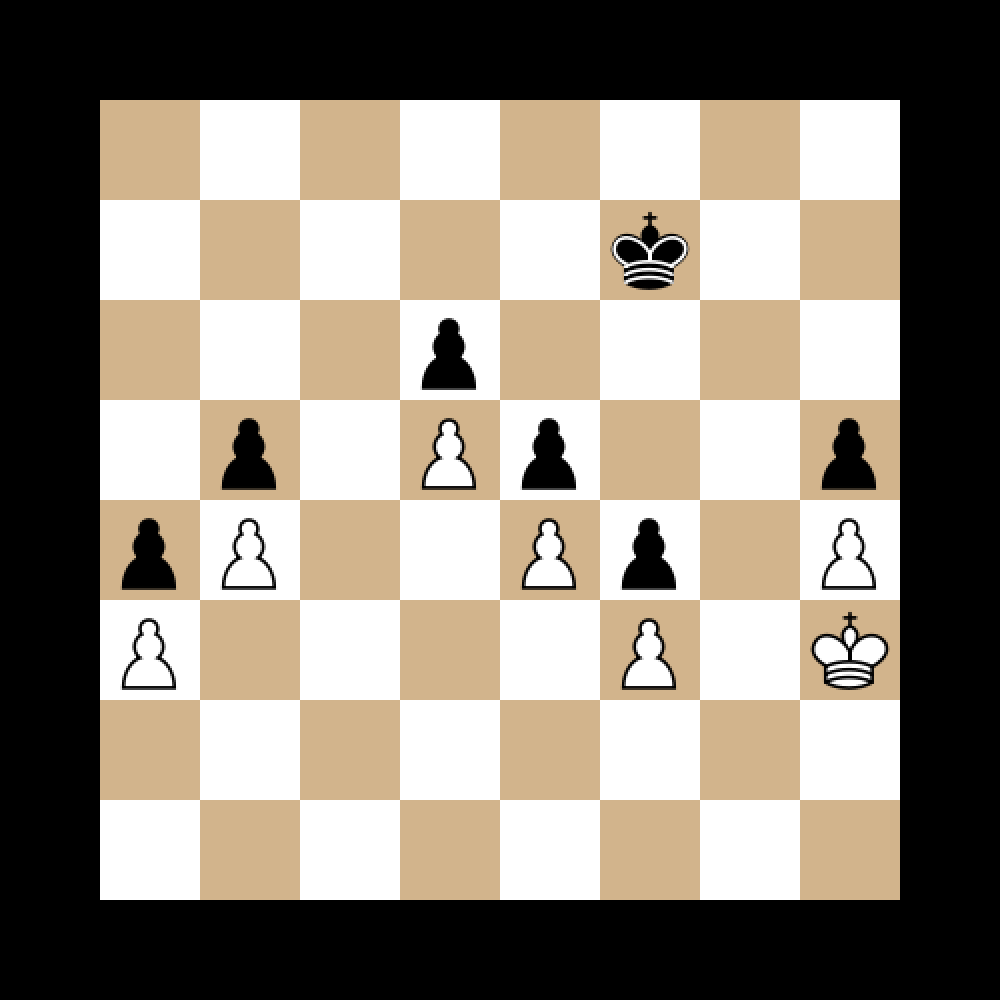
Repository: a-longe/capstone
Script's output: python engine/drag_n_drop_test.py
These files come from the project's save history. The script's output is drawn as it stood at one moment and after the next save; the edit follows.
The window is shown after at most 60 frames with no key pressed. Random numbers start from a fixed seed. It also reads engine/images/bK.png, engine/images/bN.png, engine/images/bP.png, engine/images/bQ.png, engine/images/bR.png, engine/images/wK.png, engine/images/wN.png, engine/images/wP.png.

Above is the script's output before, as saved 2023-12-14 14:21:31.

After the next save:
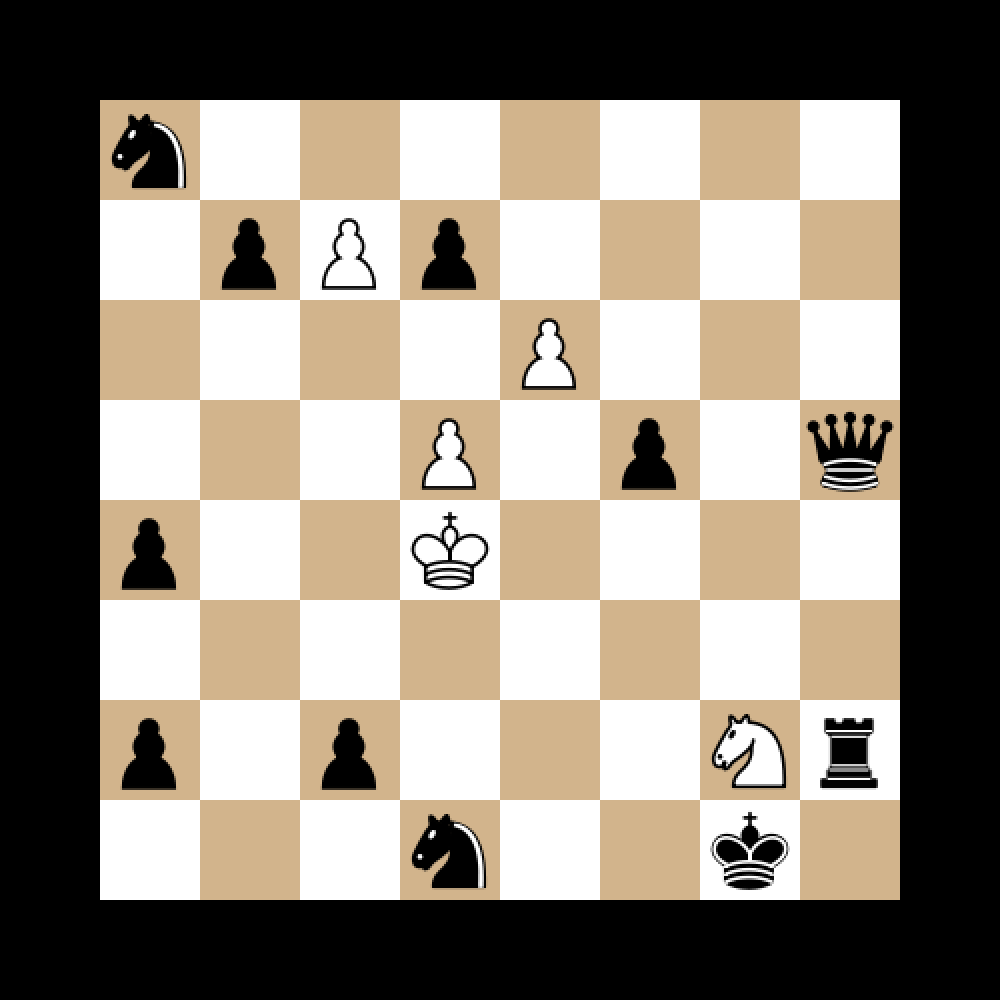
Saved 87 s later.
--- a/engine/drag_n_drop_test.py
+++ b/engine/drag_n_drop_test.py
@@ -215,7 +215,7 @@ def game_event_loop(Board):
 if __name__ == "__main__":
     os.environ['SDL_VIDEO_CENTERED'] = '1'
     pg.init()
-    MyBoard = Board(fen_to_pieces('8/5k2/3p4/1p1Pp2p/pP2Pp1P/P4P1K/8/8 b - - 99 50'))
+    MyBoard = Board(fen_to_pieces('n7/1pPp4/4P3/3P1p1q/p2K4/8/p1p3Nr/3n2k1 w - - 0 1'))
     MyClock = pg.time.Clock()
     while True:
         main(MyBoard)
